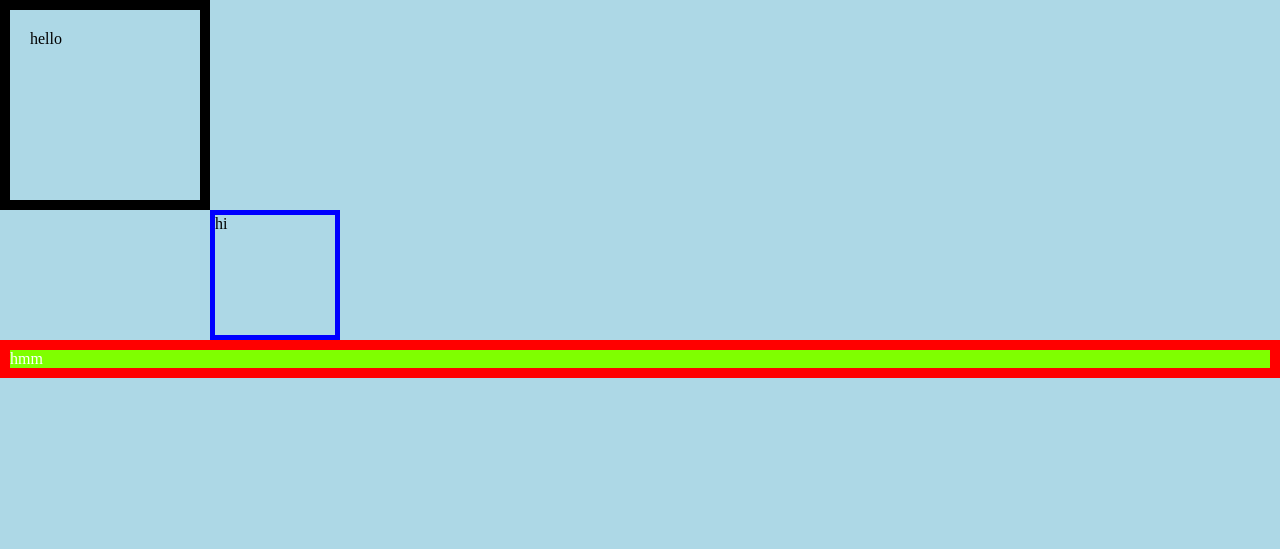
Repository: Sushant203/myPersonalSite
Page: index.html
An editor plug-in stored every save of this project. The page is shown before and after a run of saves, followed by the edit.
The browser window is 1280 px wide. The pictures show the whole page.

Above is the page before, as saved 2022-12-04 18:17:50.

### index.html
<!DOCTYPE html>
<html lang="en">

<head>
    <meta charset="UTF-8">
    <meta http-equiv="X-UA-Compatible" content="IE=edge">
    <meta name="viewport" content="width=device-width, initial-scale=1.0">
    <title>Document</title>
    <link rel="stylesheet" href="\css\style.css">
    <link rel="favicon" href="favicon.ico">
</head>

<body>

<div class="box-1">
    hello
</div>
<div class="box-2">
    hi
</div>
<div class="box-3">
    hmm
</div>
</body>

</html>

### css/style.css
body{
    background-color: lightblue;
    margin: 0;
}

.box-1{
    border: 10px solid black;
    padding: 20px;
    height: 150px;
    width: 150px;
}

.box-2{
    border: 5px solid blue;
    height: 120px;
    width: 120px;
    margin-left: 210px;
}


.box-3{
    border: 10px solid red;
    background-color: chartreuse;
    color: white;
    height: ;
}

After the next 3 saves:
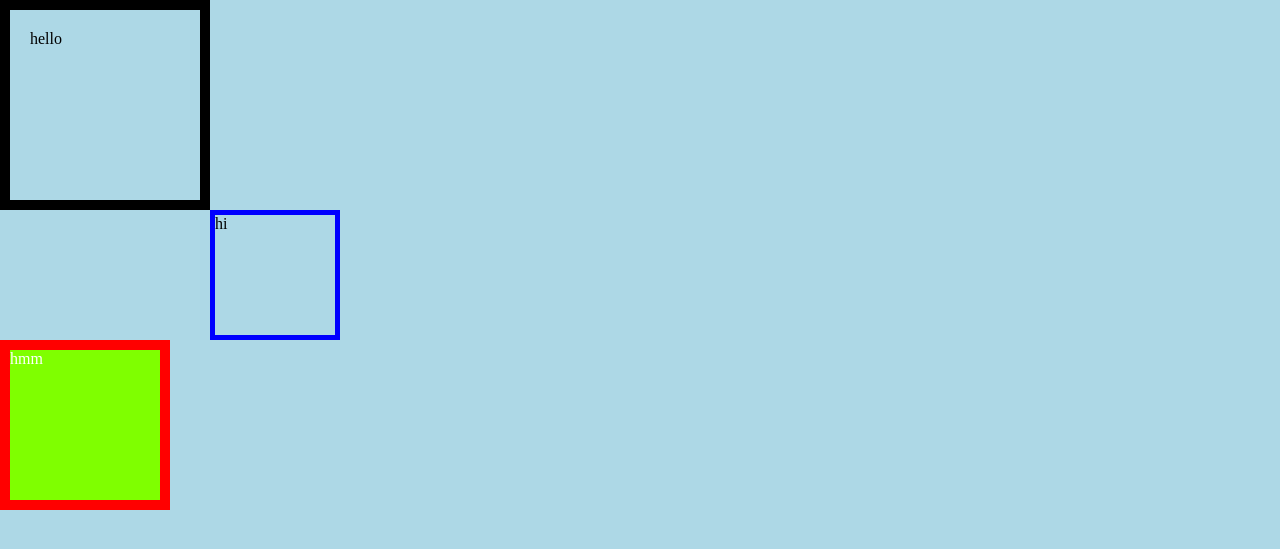
The 3 saves are shown as one change because they came seconds apart.
The last was saved 17 s later.
--- a/css/style.css
+++ b/css/style.css
@@ -22,5 +22,6 @@
     border: 10px solid red;
     background-color: chartreuse;
     color: white;
-    height: ;
+    height: 150px;
+    width: 150px;
 }
